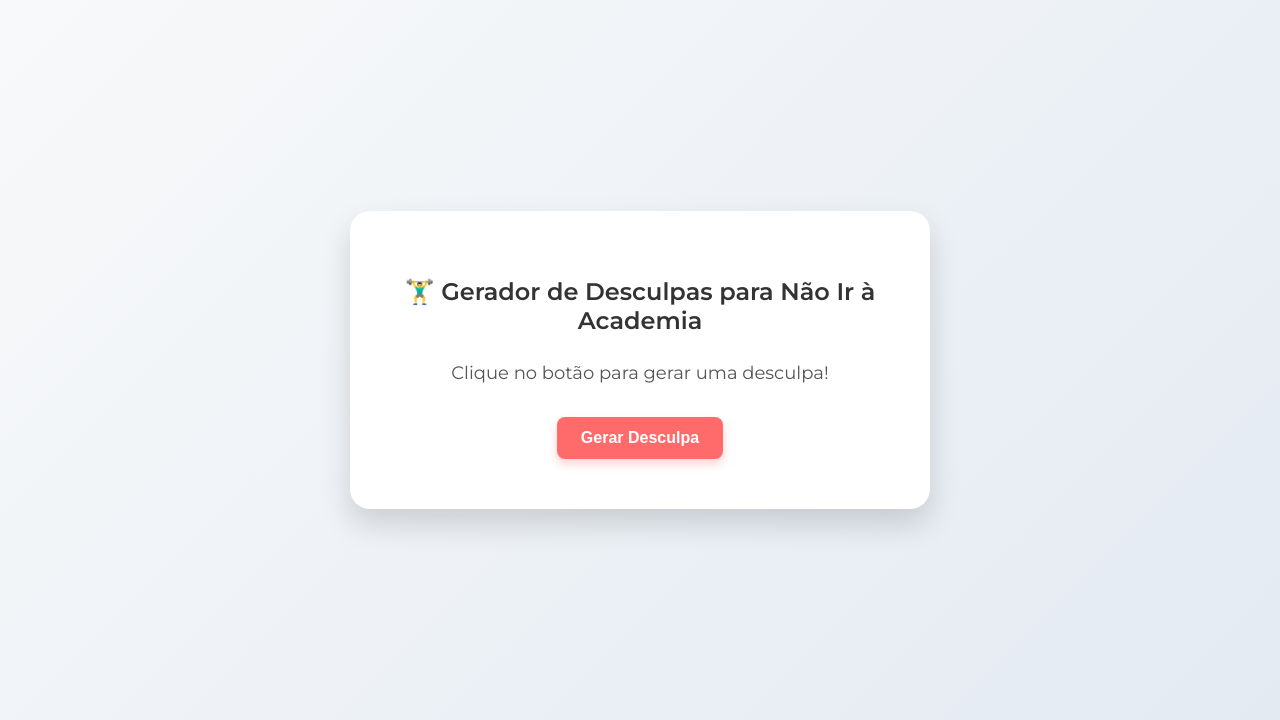
Repository: Wbyh7z/gerador-de-projeto
Page: index.html
The author's editor kept a copy of each file at every save. The page is drawn from the files as they stood at one save, then again after the next save.
The browser window is 1280 px wide. The pictures show the whole page.

Above is the page before, as saved 2025-08-08 15:24:45.

After the next save:
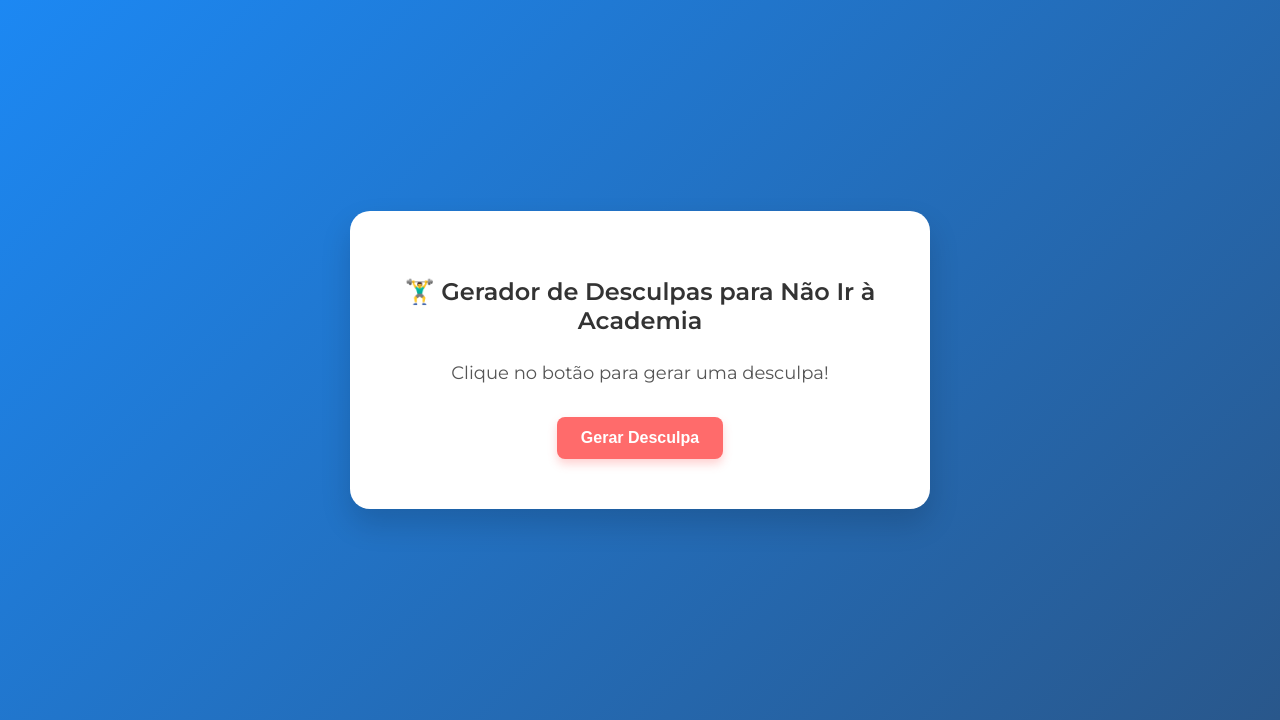
Saved 24 s later.
--- a/style.css
+++ b/style.css
@@ -2,7 +2,7 @@
 
 body {
   font-family: 'Montserrat', sans-serif;
-  background: linear-gradient(135deg, #f8f9fa, #e3eaf2);
+  background: linear-gradient(135deg, #1c88f3, #29578b);
   display: flex;
   justify-content: center;
   align-items: center;
